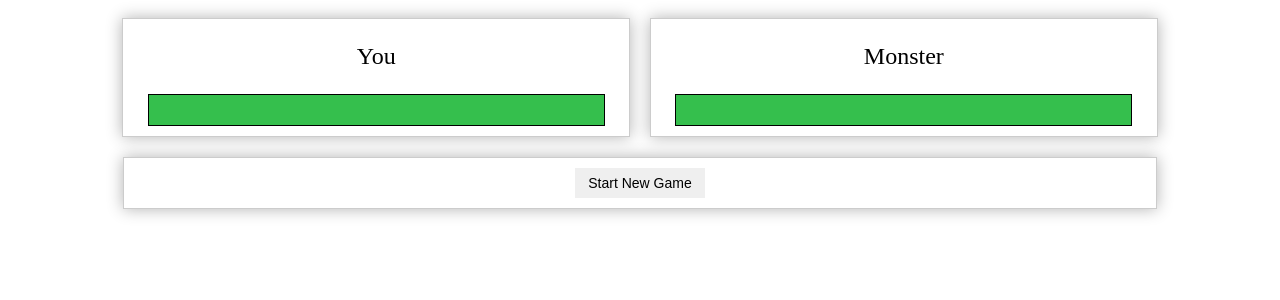
Repository: jakublack/game-fight-vue
Page: /
An editor plug-in stored every save of this project. The page is shown before and after the next save, followed by the edit.
The browser window is 1280 px wide. The pictures show the whole page.
The project was rebuilt for these pictures with package versions that can differ from the ones it lists, and the page was loaded fresh each time.

Above is the page before, as saved 2018-08-08 20:52:11.

After the next save:
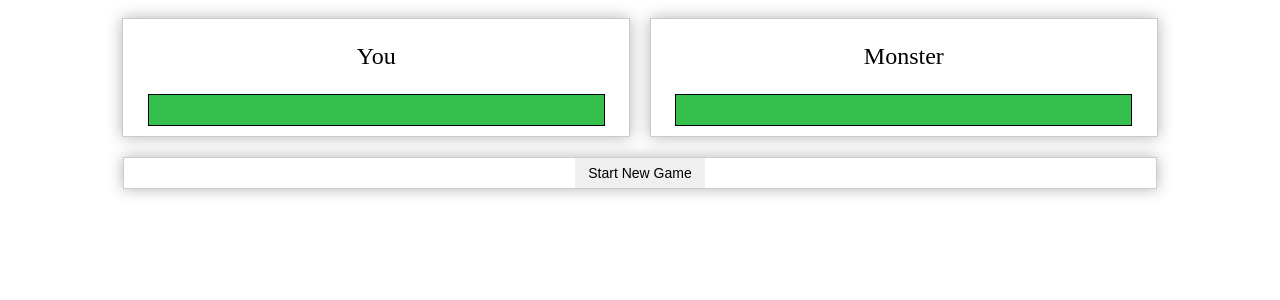
Saved 6 s later.
--- a/src/components/Game.vue
+++ b/src/components/Game.vue
@@ -55,7 +55,7 @@ export default {
 }
 .wrapper-action {
   width: calc(80% + 20px);
-  height: 50px;
+  height: auto;
   margin: 10px auto;
   border: 1px solid #ccc;
   box-shadow: 0px 0px 15px 0px rgba(0,0,0,0.3);
